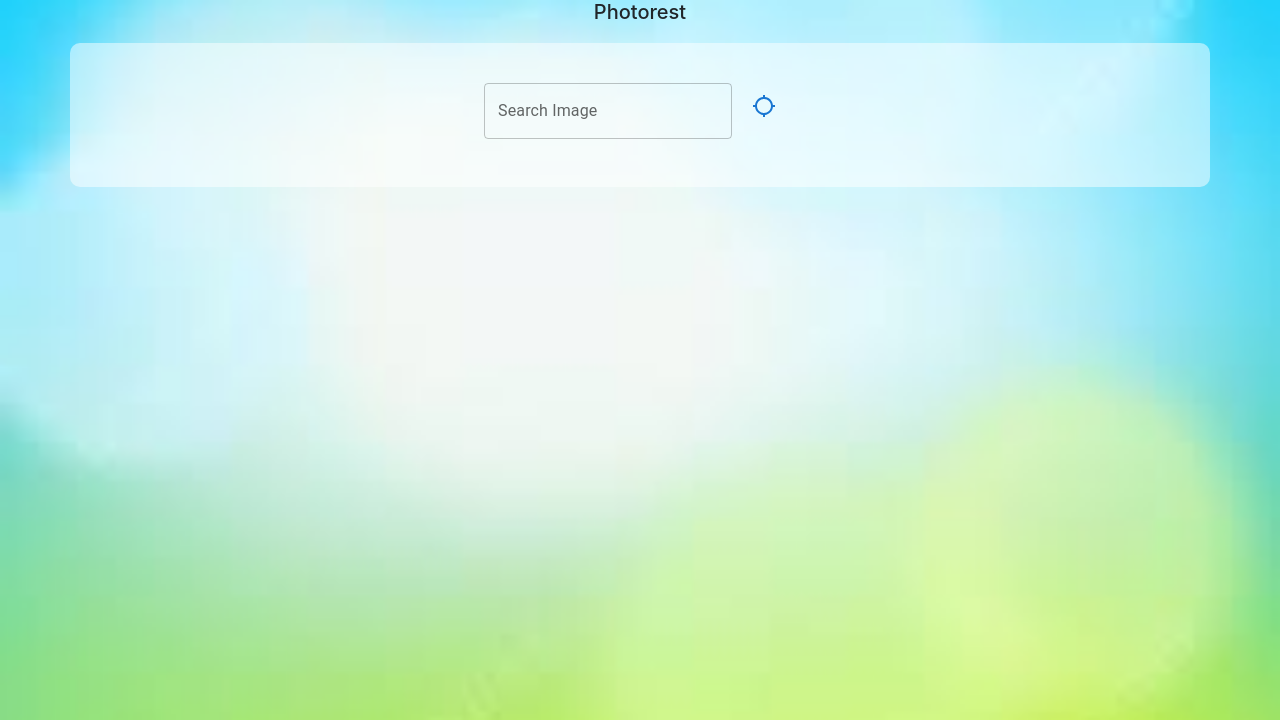
Repository: mohit78911/Snapshot
Page: /
The author's editor kept a copy of each file at every save. The page is drawn from the files as they stood at one save, then again after a run of saves.
The browser window is 1280 px wide. The pictures show the whole page.
The project was rebuilt for these pictures with package versions that can differ from the ones it lists, and the page was loaded fresh each time. Also part of the build but not shown: src/snapshot/SnapshotCss.css, src/snapshot/SnapshotTable.js, src/snapshot/SearchBox.css.

Above is the page before, as saved 2023-09-01 15:18:46.

After the next 2 saves:
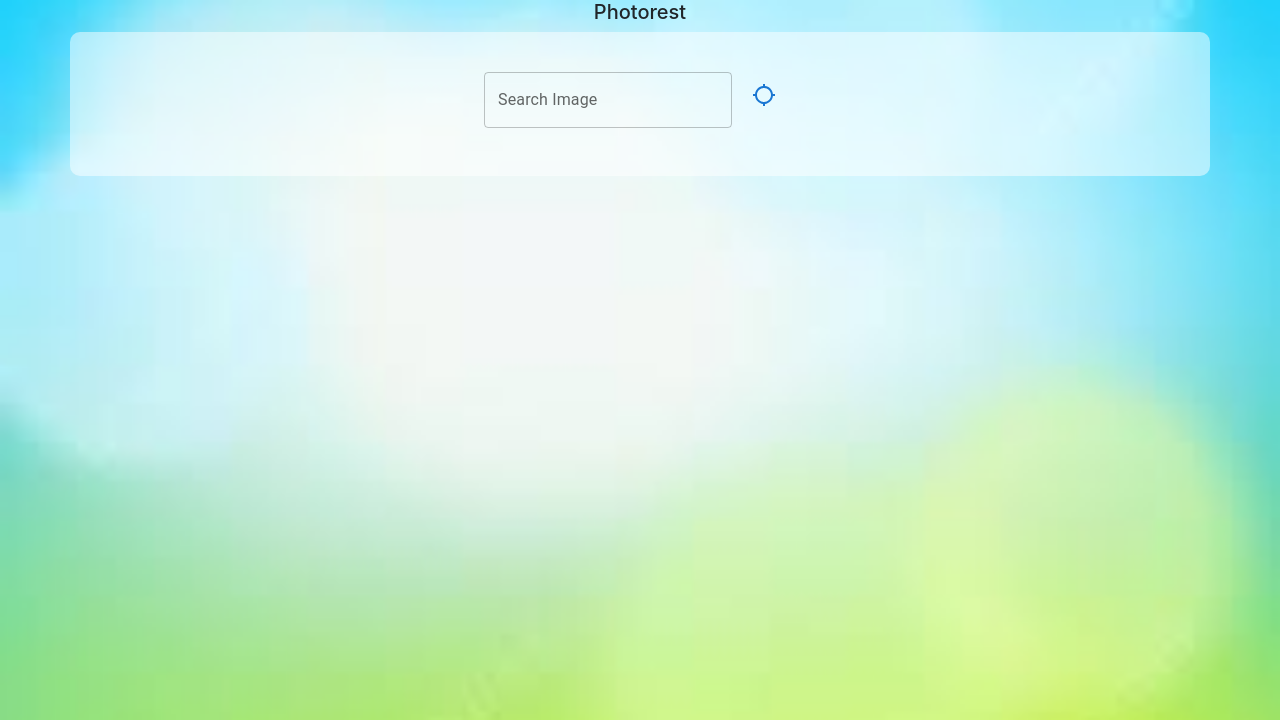
The 2 saves are shown as one change because they came seconds apart.
The last was saved 7 s later.
--- a/src/App.css
+++ b/src/App.css
@@ -41,7 +41,7 @@
 .firstColoum {
   width: 100%;
   padding-top: 2rem;
-  margin-top: 1%;
+  margin-top: 0%;
   border-radius: 10px;
   height: 9rem;
   background: rgb(255, 255, 255, 0.5);

After the 2 saves that followed:
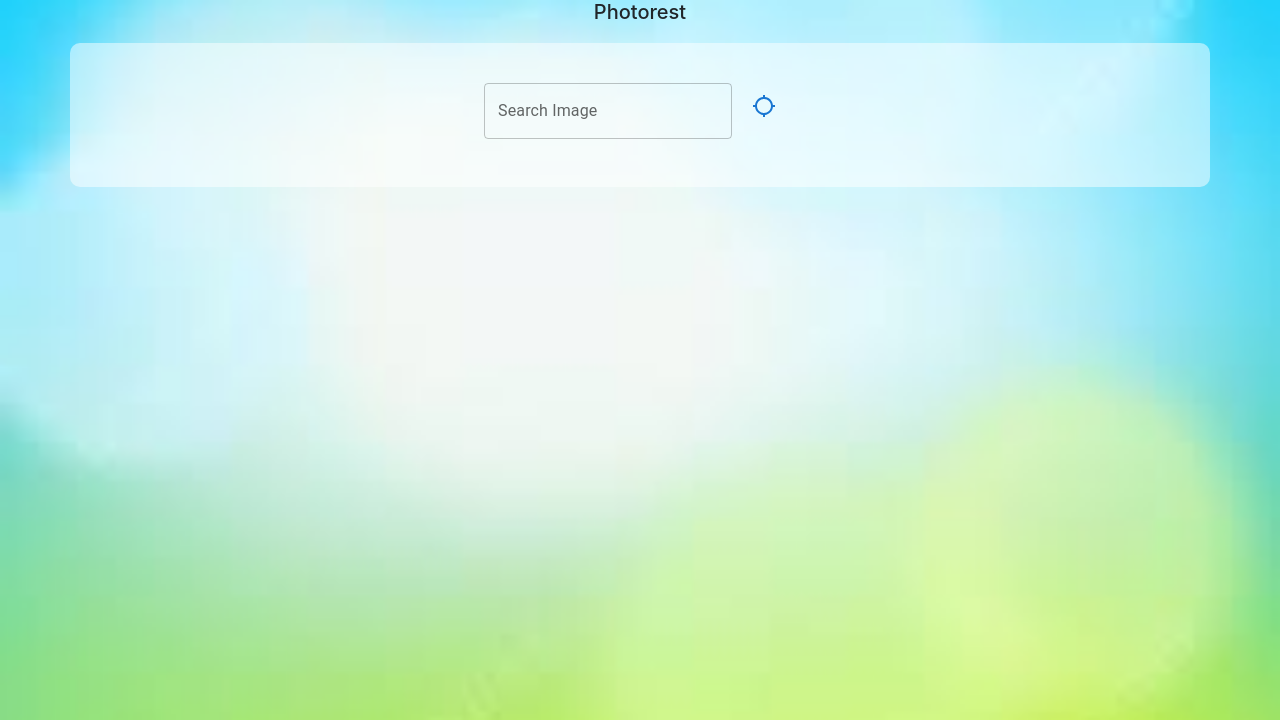
The 2 saves are shown as one change because 1 left the picture as it was.
The last was saved 10 s later.
--- a/src/App.css
+++ b/src/App.css
@@ -41,7 +41,7 @@
 .firstColoum {
   width: 100%;
   padding-top: 2rem;
-  margin-top: 0%;
+  margin-top: 1%;
   border-radius: 10px;
   height: 9rem;
   background: rgb(255, 255, 255, 0.5);
